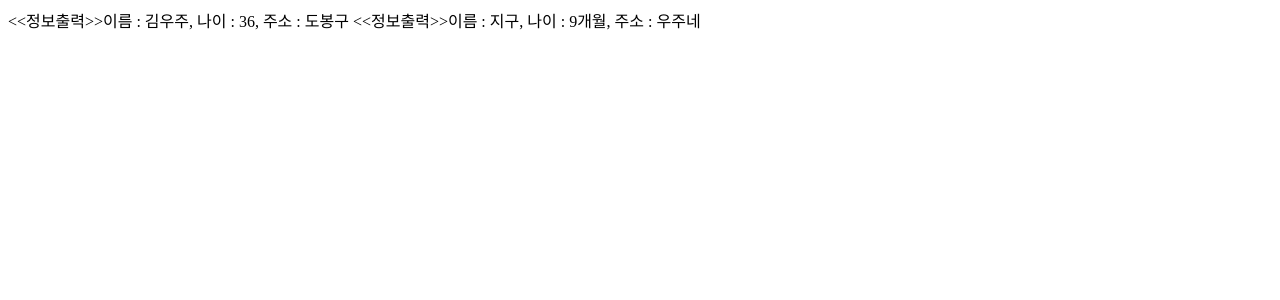
Repository: UnibusK/Java-Study
Page: http://localhost/JSP29/
These files come from the project's save history. The page is drawn as it stood at one moment and after a run of saves; the edit follows.
The browser window is 1280 px wide. The pictures show the whole page.
The page is served by Tomcat 9.

Above is the page before, as saved 2023-12-06 06:11:24.

After the next 2 saves:
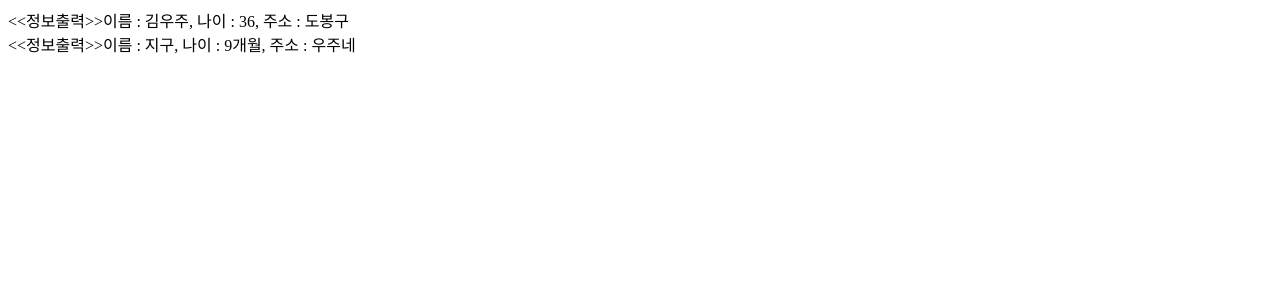
The 2 saves are shown as one change because they came seconds apart.
The last was saved 17 s later.
--- a/JSP/JSP29/src/main/webapp/index.jsp
+++ b/JSP/JSP29/src/main/webapp/index.jsp
@@ -19,7 +19,7 @@
 			s2.setAddress("우주네");
 
 		%>
-		<%=s1 %>
-		<%=s2 %>
+		<%=s1 %><br>
+		<%=s2 %><br>
 	</body>
 </html>
